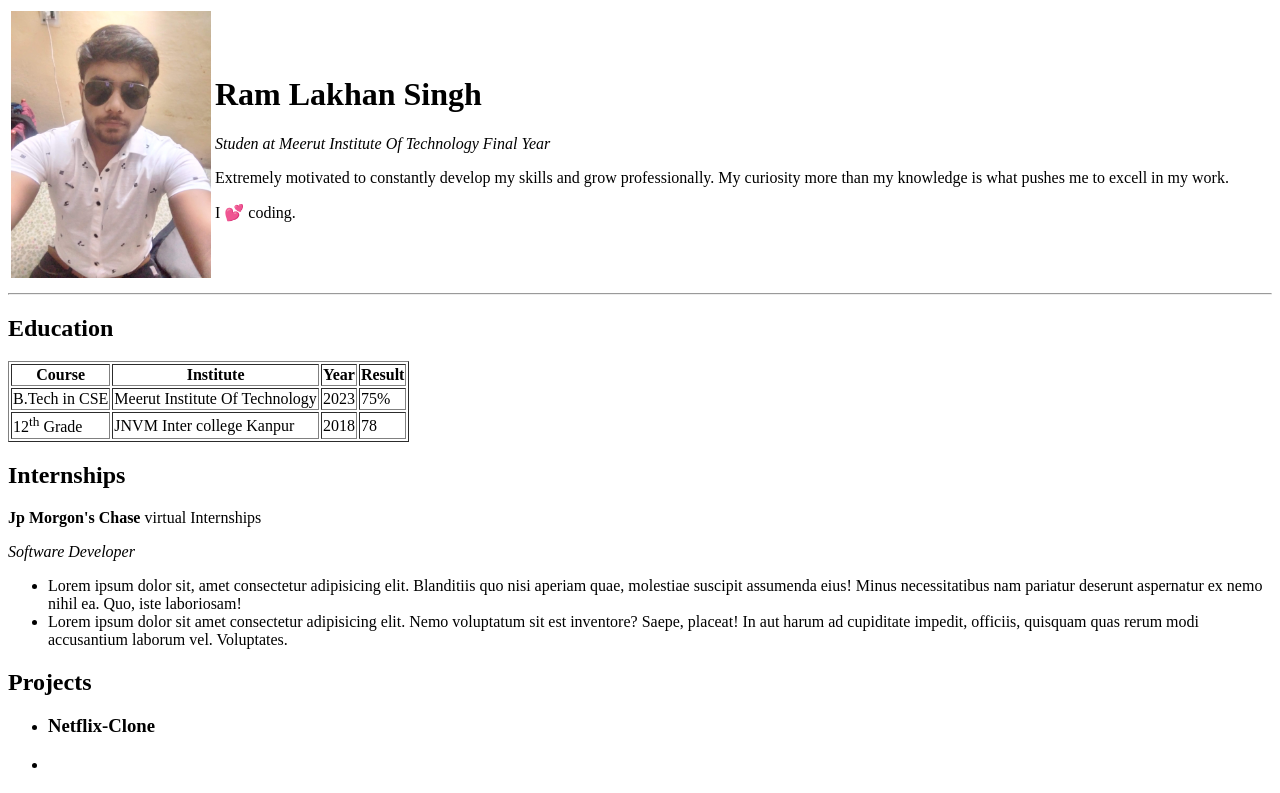
Repository: ramlakhan1/resume1
Page: resume.html
These files come from the project's save history. The page is drawn as it stood at one moment and after the next save; the edit follows.
The browser window is 1280 px wide. The pictures show the whole page.

Above is the page before, as saved 2022-11-05 14:31:37.

### resume.html
<!DOCTYPE html>
<html lang="en">
<head>
    <meta charset="UTF-8">
    <meta http-equiv="X-UA-Compatible" content="IE=edge">
    <meta name="viewport" content="width=device-width, initial-scale=1.0">
    <title>Ram's Resume</title>
</head>
<body>
    <table>
        <tr>
            <td> <img width="200" src="2.jpg" alt="Ram Lakhan photo"></td>
            <td> <h1>Ram Lakhan Singh</h1>
                <p><i>Studen at Meerut Institute Of Technology Final Year</i></p>
                <p>Extremely motivated to constantly develop my skills and grow professionally. My curiosity more than my knowledge is what pushes me
                    to excell in my work.</p>
                    <p>I 💕 coding.</p></td>
        </tr>
    </table>


        <hr>

        <!-- Header ends -->
        <h2>Education</h2>
        <table border=" ">
            <tr>
                <th>Course</th>
                <th>Institute</th>
                <th>Year</th>
                <th>Result</th>
            </tr>
            <tr>
                <td>B.Tech in CSE</td>
                <td>Meerut Institute Of Technology</td>
                <td>2023</td>
                <td>75%</td>
            </tr>
            <tr>
                <td>12<sup>th</sup> Grade</td>
                <td>JNVM Inter college Kanpur</td>
                <td>2018</td>
                <td>78</td>
            </tr>
        </table>

        <h2>Internships</h2>
        <p><strong>Jp Morgon's Chase</strong> virtual Internships</p>
        <p><i>Software Developer</i></p>
        <ul>
            <li>Lorem ipsum dolor sit, amet consectetur adipisicing elit. Blanditiis quo nisi aperiam quae, molestiae suscipit assumenda eius! Minus necessitatibus nam pariatur deserunt aspernatur ex nemo nihil ea. Quo, iste laboriosam!</li>
            <li>Lorem ipsum dolor sit amet consectetur adipisicing elit. Nemo voluptatum sit est inventore? Saepe, placeat! In aut harum ad cupiditate impedit, officiis, quisquam quas rerum modi accusantium laborum vel. Voluptates.</li>
        </ul>

        <h2>Projects</h2>
        <ul>
            <li>
                <h3>Netflix-Clone</h3>
            </li>
            <li>
                <h3></h3>
            </li>
        </ul>
</body>
</html>

After the next save:
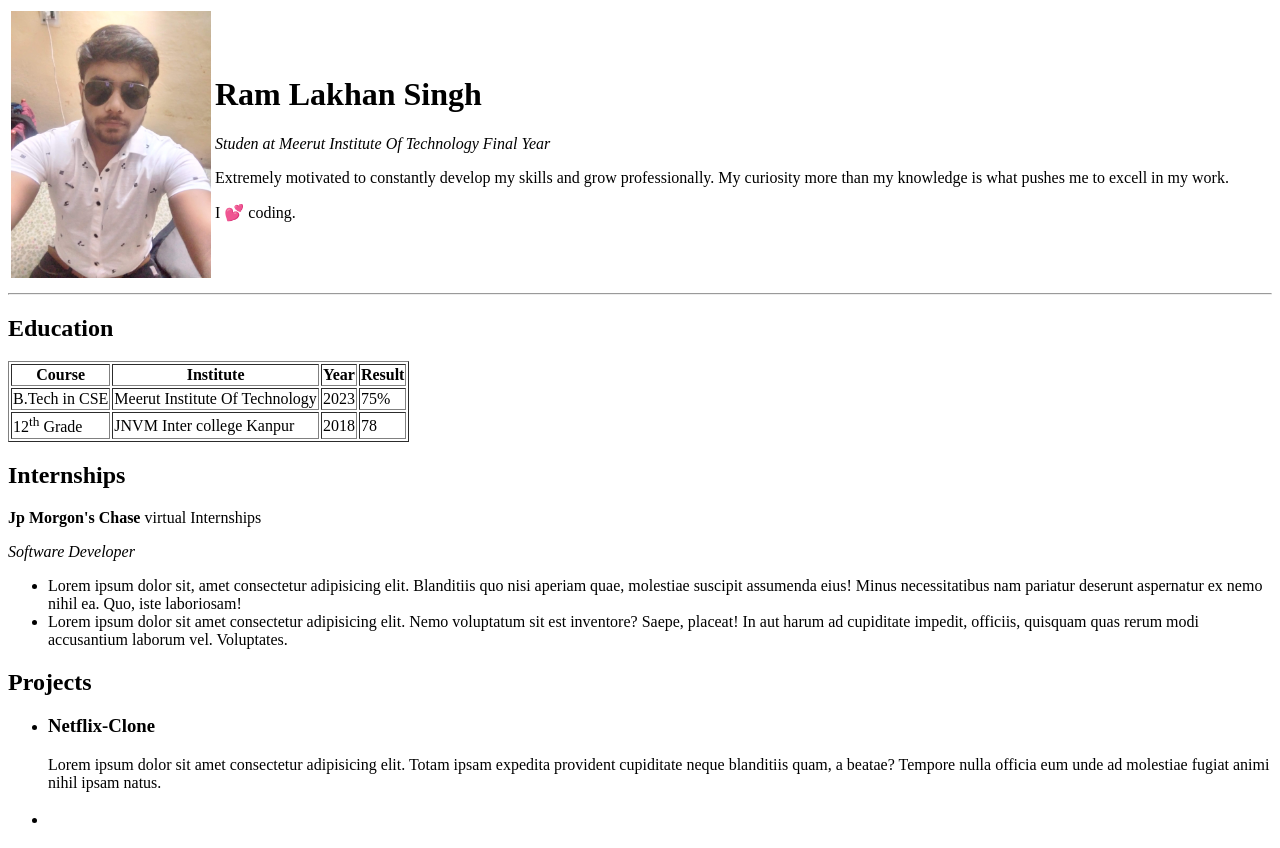
Saved 9 s later.
--- a/resume.html
+++ b/resume.html
@@ -56,6 +56,7 @@
         <ul>
             <li>
                 <h3>Netflix-Clone</h3>
+                <p>Lorem ipsum dolor sit amet consectetur adipisicing elit. Totam ipsam expedita provident cupiditate neque blanditiis quam, a beatae? Tempore nulla officia eum unde ad molestiae fugiat animi nihil ipsam natus.</p>
             </li>
             <li>
                 <h3></h3>
